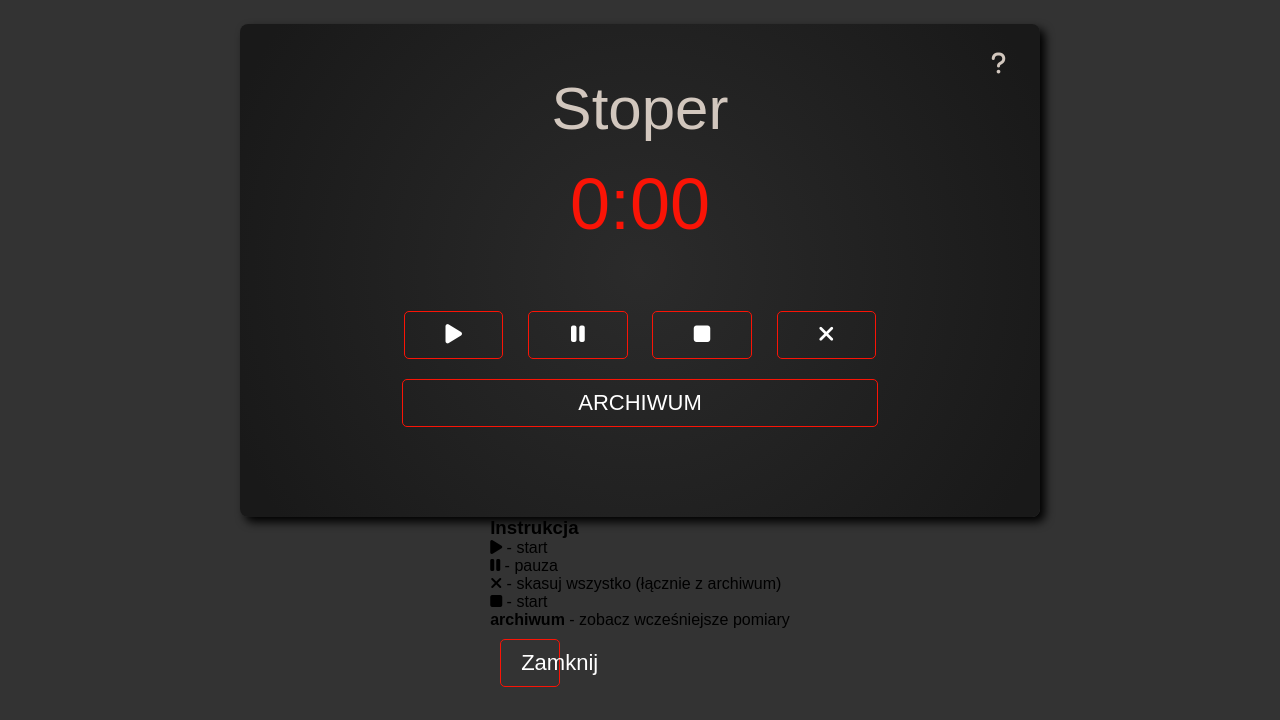
Repository: KrzysKolo/Projekt-5_Stoper
Page: index.html
An editor plug-in stored every save of this project. The page is shown before and after the next save, followed by the edit.
The browser window is 1280 px wide. The pictures show the whole page.
Some web fonts or font styles are not loaded; a fallback is used. Some web libraries are served in a nearby version.

Above is the page before, as saved 2020-07-05 17:21:29.

After the next save:
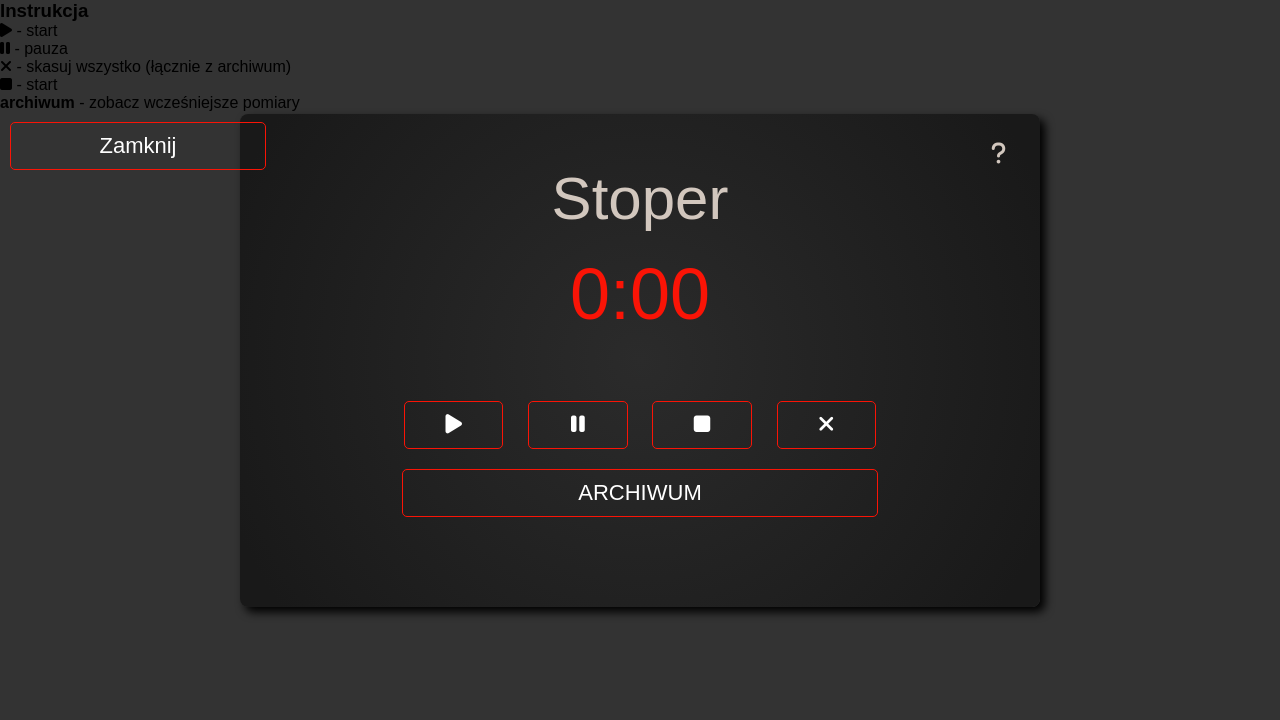
Saved 4 min 18 s later.
--- a/css/style.css
+++ b/css/style.css
@@ -88,3 +88,18 @@ button:focus {
   background-color: var(--first-color);
   outline: none;
 }
+.time-list li {
+  display: flex;
+  justify-content: space-between;
+  width: 300px;
+  font-size: 22px;
+}
+time-list span {
+  font-weight: bold;
+}
+
+.modal-shadow {
+  position: absolute;
+  width: 100%;
+  height: 100%;
+}
